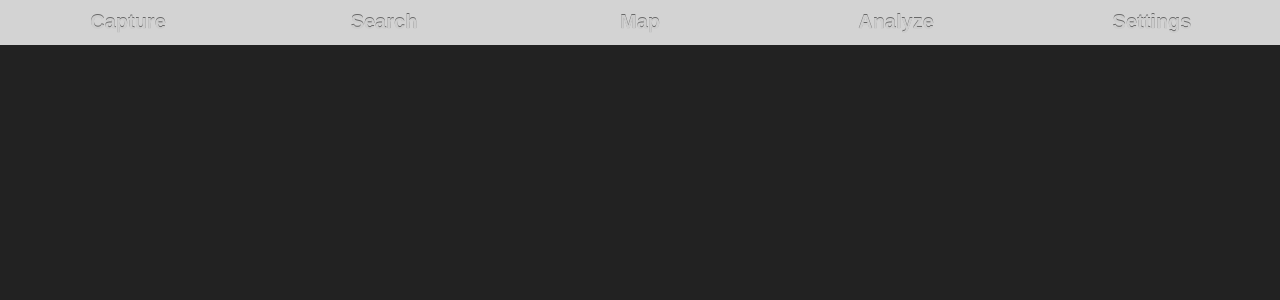
Repository: alightnin/WiFiGeolocator
Page: Final Project/WifiGeolocator/assets/www/index.html
An editor plug-in stored every save of this project. The page is shown before and after the next save, followed by the edit.
The browser window is 1280 px wide. The pictures show the whole page.

Above is the page before, as saved 2012-10-17 15:06:15.
Not found: Final Project/WifiGeolocator/assets/www/js/app.js

### Final Project/WifiGeolocator/assets/www/index.html
<!DOCTYPE HTML>
<html>
	<head>
		<meta name="viewport" content="width=device-width, initial-scale=1.0, user-scalable=0, minimum-scale=1.0, maximum-scale=1.0">
		<meta name="apple-mobile-web-app-capable" content="yes" />
		<link rel="stylesheet" href="css/geolocator.css">
		<script src="js/iscroll-lite.js"></script>
		<script src="js/jquery-1.8.2.min.js"></script>
		<script src="js/app.js"></script>
		<script>
		$('#tab-bar a').on('click', function(e){
		    e.preventDefault();
		    var nextPage = $(e.target.hash);
		    $("#pages .current").removeClass("current");
		    nextPage.addClass("current");
		});
		</script>
		<title>WiFi GeoLocator</title>
	</head>
	<body>
		<header>
			<ul id="tab-bar">
    			<li><a href="#capture">Capture</a></li>
    			<li><a href="#search">Search</a></li>
    			<li><a href="#map">Map</a></li>
    			<li><a href="#analyze">Analyze</a></li>
    			<li><a href="#settings">Settings</a></li>
			</ul>
		</header>
		<div id="wrapper">
			<div id="main-content">
				<div id="pages">
    				<div id="capture" class="current">
    				</div>
    				<div id="search">
    				</div>
    				<div id="map">
    				</div>
    				<div id="analyze">
    				</div>
    				<div id="settings">
    				</div>
				</div>
			</div>
		</div>
	</body>
</html>

### Final Project/WifiGeolocator/assets/www/css/geolocator.css
html, body{
 margin: 0;
 padding: 0;
 border: 0;
}
body {
 font-family:Arial,  sans-serif;
 line-height:1.5;
 font-size:16px;
 background: #fff;
 padding:5px;
 color: #000000;
 word-wrap: break-word;
 -webkit-text-size-adjust: none;
}
h1, h2, h3, h4, h5, h6{ font-weight: normal; }
p img { float: left; margin: 0 10px 5px 0; padding: 0; }
img { border: 0; max-width: 100%; }
body{
    background: #222;
}
header{
    top:0; left:0;
    height:45px;
}
footer {
    bottom:0; left:0;
    height:48px;
    background-color:#c27b00;
    border-top:1px solid #eee;
}
header, footer{
    background-color:#d3d3d3;
    padding:0;
    position:absolute;
    z-index:2;
    font-size:20px;
    width:100%;
    text-align:center;
    color:#000000;
    font-weight:bold;
    text-shadow:0 -1px 0 rgba(0,0,0,0.5);
    line-height:45px;
}
h1{
    margin:0;
    text-transform: uppercase;
}
#wrapper {
    position:absolute;
    z-index:1;
    top:45px; bottom:48px; left:0;
    width:100%;
    overflow:auto;
}
#main-content {
    position:absolute;
    z-index:1;
    width:100%;
    padding:0;
}
#tab-bar{
    margin:0;
    padding:0;
}
#tab-bar li {
    display: inline;
    float:left;
    width: 20%;
}
#tab-bar a {
    color: #cdcdcd;
    display: block;
    font-weight: bold;
    overflow: hidden;
    position: relative;
    text-align: center;
    text-decoration: none;
    -webkit-touch-callout:none;
}
#pages > div {
    display: none;
    position: absolute;
    top:0;left:0;
    width:100%;
}
#pages > div.current {
    display: block;
}
#pages{
    position:relative;
}
.in, .out {
    -webkit-animation-timing-function: ease-in-out;
    -webkit-animation-duration: 400ms;
}
@-webkit-keyframes fade-in {
    from { opacity: 0; } to { opacity: 1; }
}
.fade.in {
    -webkit-animation-name: fade-in;
    z-index: 5;
}
.fade.out {
    z-index: 0;
}

### Final Project/WifiGeolocator/assets/www/js/iscroll-lite.js
/*!
 * iScroll Lite base on iScroll v4.1.6 ~ Copyright (c) 2011 Matteo Spinelli, http://cubiq.org
 * Released under MIT license, http://cubiq.org/license
 */

(function(){
var m = Math,
	mround = function (r) { return r >> 0; },
	vendor = (/webkit/i).test(navigator.appVersion) ? 'webkit' :
		(/firefox/i).test(navigator.userAgent) ? 'Moz' :
		'opera' in window ? 'O' : '',

    // Browser capabilities
    isAndroid = (/android/gi).test(navigator.appVersion),
    isIDevice = (/iphone|ipad/gi).test(navigator.appVersion),
    isPlaybook = (/playbook/gi).test(navigator.appVersion),
    isTouchPad = (/hp-tablet/gi).test(navigator.appVersion),

    has3d = 'WebKitCSSMatrix' in window && 'm11' in new WebKitCSSMatrix(),
    hasTouch = 'ontouchstart' in window && !isTouchPad,
    hasTransform = vendor + 'Transform' in document.documentElement.style,
    hasTransitionEnd = isIDevice || isPlaybook,

	nextFrame = (function() {
	    return window.requestAnimationFrame
			|| window.webkitRequestAnimationFrame
			|| window.mozRequestAnimationFrame
			|| window.oRequestAnimationFrame
			|| window.msRequestAnimationFrame
			|| function(callback) { return setTimeout(callback, 17); }
	})(),
	cancelFrame = (function () {
	    return window.cancelRequestAnimationFrame
			|| window.webkitCancelAnimationFrame
			|| window.webkitCancelRequestAnimationFrame
			|| window.mozCancelRequestAnimationFrame
			|| window.oCancelRequestAnimationFrame
			|| window.msCancelRequestAnimationFrame
			|| clearTimeout
	})(),

	// Events
	RESIZE_EV = 'onorientationchange' in window ? 'orientationchange' : 'resize',
	START_EV = hasTouch ? 'touchstart' : 'mousedown',
	MOVE_EV = hasTouch ? 'touchmove' : 'mousemove',
	END_EV = hasTouch ? 'touchend' : 'mouseup',
	CANCEL_EV = hasTouch ? 'touchcancel' : 'mouseup',

	// Helpers
	trnOpen = 'translate' + (has3d ? '3d(' : '('),
	trnClose = has3d ? ',0)' : ')',

	// Constructor
	iScroll = function (el, options) {
		var that = this,
			doc = document,
			i;

		that.wrapper = typeof el == 'object' ? el : doc.getElementById(el);
		that.wrapper.style.overflow = 'hidden';
		that.scroller = that.wrapper.children[0];

		// Default options
		that.options = {
			hScroll: true,
			vScroll: true,
			x: 0,
			y: 0,
			bounce: true,
			bounceLock: false,
			momentum: true,
			lockDirection: true,
			useTransform: true,
			useTransition: false,

			// Events
			onRefresh: null,
			onBeforeScrollStart: function (e) { e.preventDefault(); },
			onScrollStart: null,
			onBeforeScrollMove: null,
			onScrollMove: null,
			onBeforeScrollEnd: null,
			onScrollEnd: null,
			onTouchEnd: null,
			onDestroy: null
		};

		// User defined options
		for (i in options) that.options[i] = options[i];

		// Set starting position
		that.x = that.options.x;
		that.y = that.options.y;

		// Normalize options
		that.options.useTransform = hasTransform ? that.options.useTransform : false;
		that.options.hScrollbar = that.options.hScroll && that.options.hScrollbar;
		that.options.vScrollbar = that.options.vScroll && that.options.vScrollbar;
		that.options.useTransition = hasTransitionEnd && that.options.useTransition;

		// Set some default styles
		that.scroller.style[vendor + 'TransitionProperty'] = that.options.useTransform ? '-' + vendor.toLowerCase() + '-transform' : 'top left';
		that.scroller.style[vendor + 'TransitionDuration'] = '0';
		that.scroller.style[vendor + 'TransformOrigin'] = '0 0';
		if (that.options.useTransition) that.scroller.style[vendor + 'TransitionTimingFunction'] = 'cubic-bezier(0.33,0.66,0.66,1)';

		if (that.options.useTransform) that.scroller.style[vendor + 'Transform'] = trnOpen + that.x + 'px,' + that.y + 'px' + trnClose;
		else that.scroller.style.cssText += ';position:absolute;top:' + that.y + 'px;left:' + that.x + 'px';

		that.refresh();

		that._bind(RESIZE_EV, window);
		that._bind(START_EV);
		if (!hasTouch) that._bind('mouseout', that.wrapper);
	};

// Prototype
iScroll.prototype = {
	enabled: true,
	x: 0,
	y: 0,
	steps: [],
	scale: 1,

	handleEvent: function (e) {
		var that = this;
		switch(e.type) {
			case START_EV:
				if (!hasTouch && e.button !== 0) return;
				that._start(e);
				break;
			case MOVE_EV: that._move(e); break;
			case END_EV:
			case CANCEL_EV: that._end(e); break;
			case RESIZE_EV: that._resize(); break;
			case 'mouseout': that._mouseout(e); break;
			case 'webkitTransitionEnd': that._transitionEnd(e); break;
		}
	},

	_resize: function () {
		this.refresh();
	},

	_pos: function (x, y) {
		x = this.hScroll ? x : 0;
		y = this.vScroll ? y : 0;

		if (this.options.useTransform) {
			this.scroller.style[vendor + 'Transform'] = trnOpen + x + 'px,' + y + 'px' + trnClose + ' scale(' + this.scale + ')';
		} else {
			x = mround(x);
			y = mround(y);
			this.scroller.style.left = x + 'px';
			this.scroller.style.top = y + 'px';
		}

		this.x = x;
		this.y = y;
	},

	_start: function (e) {
		var that = this,
			point = hasTouch ? e.touches[0] : e,
			matrix, x, y;

		if (!that.enabled) return;

		if (that.options.onBeforeScrollStart) that.options.onBeforeScrollStart.call(that, e);

		if (that.options.useTransition) that._transitionTime(0);

		that.moved = false;
		that.animating = false;
		that.zoomed = false;
		that.distX = 0;
		that.distY = 0;
		that.absDistX = 0;
		that.absDistY = 0;
		that.dirX = 0;
		that.dirY = 0;

		if (that.options.momentum) {
			if (that.options.useTransform) {
				// Very lame general purpose alternative to CSSMatrix
				matrix = getComputedStyle(that.scroller, null)[vendor + 'Transform'].replace(/[^0-9-.,]/g, '').split(',');
				x = matrix[4] * 1;
				y = matrix[5] * 1;
			} else {
				x = getComputedStyle(that.scroller, null).left.replace(/[^0-9-]/g, '') * 1;
				y = getComputedStyle(that.scroller, null).top.replace(/[^0-9-]/g, '') * 1;
			}

			if (x != that.x || y != that.y) {
				if (that.options.useTransition) that._unbind('webkitTransitionEnd');
				else cancelFrame(that.aniTime);
				that.steps = [];
				that._pos(x, y);
			}
		}

		that.startX = that.x;
		that.startY = that.y;
		that.pointX = point.pageX;
		that.pointY = point.pageY;

		that.startTime = e.timeStamp || Date.now();

		if (that.options.onScrollStart) that.options.onScrollStart.call(that, e);

		that._bind(MOVE_EV);
		that._bind(END_EV);
		that._bind(CANCEL_EV);
	},

	_move: function (e) {
		var that = this,
			point = hasTouch ? e.touches[0] : e,
			deltaX = point.pageX - that.pointX,
			deltaY = point.pageY - that.pointY,
			newX = that.x + deltaX,
			newY = that.y + deltaY,
			timestamp = e.timeStamp || Date.now();

		if (that.options.onBeforeScrollMove) that.options.onBeforeScrollMove.call(that, e);

		that.pointX = point.pageX;
		that.pointY = point.pageY;

		// Slow down if outside of the boundaries
		if (newX > 0 || newX < that.maxScrollX) {
			newX = that.options.bounce ? that.x + (deltaX / 2) : newX >= 0 || that.maxScrollX >= 0 ? 0 : that.maxScrollX;
		}
		if (newY > 0 || newY < that.maxScrollY) {
			newY = that.options.bounce ? that.y + (deltaY / 2) : newY >= 0 || that.maxScrollY >= 0 ? 0 : that.maxScrollY;
		}

		that.distX += deltaX;
		that.distY += deltaY;
		that.absDistX = m.abs(that.distX);
		that.absDistY = m.abs(that.distY);

		if (that.absDistX < 6 && that.absDistY < 6) {
			return;
		}

		// Lock direction
		if (that.options.lockDirection) {
			if (that.absDistX > that.absDistY + 5) {
				newY = that.y;
				deltaY = 0;
			} else if (that.absDistY > that.absDistX + 5) {
				newX = that.x;
				deltaX = 0;
			}
		}

		that.moved = true;
		that._pos(newX, newY);
		that.dirX = deltaX > 0 ? -1 : deltaX < 0 ? 1 : 0;
		that.dirY = deltaY > 0 ? -1 : deltaY < 0 ? 1 : 0;

		if (timestamp - that.startTime > 300) {
			that.startTime = timestamp;
			that.startX = that.x;
			that.startY = that.y;
		}

		if (that.options.onScrollMove) that.options.onScrollMove.call(that, e);
	},

	_end: function (e) {
		if (hasTouch && e.touches.length != 0) return;

		var that = this,
			point = hasTouch ? e.changedTouches[0] : e,
			target, ev,
			momentumX = { dist:0, time:0 },
			momentumY = { dist:0, time:0 },
			duration = (e.timeStamp || Date.now()) - that.startTime,
			newPosX = that.x,
			newPosY = that.y,
			newDuration;

		that._unbind(MOVE_EV);
		that._unbind(END_EV);
		that._unbind(CANCEL_EV);

		if (that.options.onBeforeScrollEnd) that.options.onBeforeScrollEnd.call(that, e);

		if (!that.moved) {
			if (hasTouch) {
				// Find the last touched element
				target = point.target;
				while (target.nodeType != 1) target = target.parentNode;

				if (target.tagName != 'SELECT' && target.tagName != 'INPUT' && target.tagName != 'TEXTAREA') {
					ev = document.createEvent('MouseEvents');
					ev.initMouseEvent('click', true, true, e.view, 1,
						point.screenX, point.screenY, point.clientX, point.clientY,
						e.ctrlKey, e.altKey, e.shiftKey, e.metaKey,
						0, null);
					ev._fake = true;
					target.dispatchEvent(ev);
				}
			}

			that._resetPos(200);

			if (that.options.onTouchEnd) that.options.onTouchEnd.call(that, e);
			return;
		}

		if (duration < 300 && that.options.momentum) {
			momentumX = newPosX ? that._momentum(newPosX - that.startX, duration, -that.x, that.scrollerW - that.wrapperW + that.x, that.options.bounce ? that.wrapperW : 0) : momentumX;
			momentumY = newPosY ? that._momentum(newPosY - that.startY, duration, -that.y, (that.maxScrollY < 0 ? that.scrollerH - that.wrapperH + that.y : 0), that.options.bounce ? that.wrapperH : 0) : momentumY;

			newPosX = that.x + momentumX.dist;
			newPosY = that.y + momentumY.dist;

 			if ((that.x > 0 && newPosX > 0) || (that.x < that.maxScrollX && newPosX < that.maxScrollX)) momentumX = { dist:0, time:0 };
 			if ((that.y > 0 && newPosY > 0) || (that.y < that.maxScrollY && newPosY < that.maxScrollY)) momentumY = { dist:0, time:0 };
		}

		if (momentumX.dist || momentumY.dist) {
			newDuration = m.max(m.max(momentumX.time, momentumY.time), 10);

			that.scrollTo(mround(newPosX), mround(newPosY), newDuration);

			if (that.options.onTouchEnd) that.options.onTouchEnd.call(that, e);
			return;
		}

		that._resetPos(200);
		if (that.options.onTouchEnd) that.options.onTouchEnd.call(that, e);
	},

	_resetPos: function (time) {
		var that = this,
			resetX = that.x >= 0 ? 0 : that.x < that.maxScrollX ? that.maxScrollX : that.x,
			resetY = that.y >= 0 || that.maxScrollY > 0 ? 0 : that.y < that.maxScrollY ? that.maxScrollY : that.y;

		if (resetX == that.x && resetY == that.y) {
			if (that.moved) {
				if (that.options.onScrollEnd) that.options.onScrollEnd.call(that);		// Execute custom code on scroll end
				that.moved = false;
			}

			return;
		}

		that.scrollTo(resetX, resetY, time || 0);
	},

	_mouseout: function (e) {
		var t = e.relatedTarget;

		if (!t) {
			this._end(e);
			return;
		}

		while (t = t.parentNode) if (t == this.wrapper) return;

		this._end(e);
	},

	_transitionEnd: function (e) {
		var that = this;

		if (e.target != that.scroller) return;

		that._unbind('webkitTransitionEnd');

		that._startAni();
	},

	/**
	 *
	 * Utilities
	 *
	 */
	_startAni: function () {
		var that = this,
			startX = that.x, startY = that.y,
			startTime = Date.now(),
			step, easeOut,
			animate;

		if (that.animating) return;

		if (!that.steps.length) {
			that._resetPos(400);
			return;
		}

		step = that.steps.shift();

		if (step.x == startX && step.y == startY) step.time = 0;

		that.animating = true;
		that.moved = true;

		if (that.options.useTransition) {
			that._transitionTime(step.time);
			that._pos(step.x, step.y);
			that.animating = false;
			if (step.time) that._bind('webkitTransitionEnd');
			else that._resetPos(0);
			return;
		}

		animate = function () {
			var now = Date.now(),
				newX, newY;

			if (now >= startTime + step.time) {
				that._pos(step.x, step.y);
				that.animating = false;
				if (that.options.onAnimationEnd) that.options.onAnimationEnd.call(that);			// Execute custom code on animation end
				that._startAni();
				return;
			}

			now = (now - startTime) / step.time - 1;
			easeOut = m.sqrt(1 - now * now);
			newX = (step.x - startX) * easeOut + startX;
			newY = (step.y - startY) * easeOut + startY;
			that._pos(newX, newY);
			if (that.animating) that.aniTime = nextFrame(animate);
		};

		animate();
	},

	_transitionTime: function (time) {
		this.scroller.style[vendor + 'TransitionDuration'] = time + 'ms';
	},

	_momentum: function (dist, time, maxDistUpper, maxDistLower, size) {
		var deceleration = 0.0006,
			speed = m.abs(dist) / time,
			newDist = (speed * speed) / (2 * deceleration),
			newTime = 0, outsideDist = 0;

		// Proportinally reduce speed if we are outside of the boundaries
		if (dist > 0 && newDist > maxDistUpper) {
			outsideDist = size / (6 / (newDist / speed * deceleration));
			maxDistUpper = maxDistUpper + outsideDist;
			speed = speed * maxDistUpper / newDist;
			newDist = maxDistUpper;
		} else if (dist < 0 && newDist > maxDistLower) {
			outsideDist = size / (6 / (newDist / speed * deceleration));
			maxDistLower = maxDistLower + outsideDist;
			speed = speed * maxDistLower / newDist;
			newDist = maxDistLower;
		}

		newDist = newDist * (dist < 0 ? -1 : 1);
		newTime = speed / deceleration;

		return { dist: newDist, time: mround(newTime) };
	},

	_offset: function (el) {
		var left = -el.offsetLeft,
			top = -el.offsetTop;

		while (el = el.offsetParent) {
			left -= el.offsetLeft;
			top -= el.offsetTop;
		}

		return { left: left, top: top };
	},

	_bind: function (type, el, bubble) {
		(el || this.scroller).addEventListener(type, this, !!bubble);
	},

	_unbind: function (type, el, bubble) {
		(el || this.scroller).removeEventListener(type, this, !!bubble);
	},


	/**
	 *
	 * Public methods
	 *
	 */
	destroy: function () {
		var that = this;

		that.scroller.style[vendor + 'Transform'] = '';

		// Remove the event listeners
		that._unbind(RESIZE_EV, window);
		that._unbind(START_EV);
		that._unbind(MOVE_EV);
		that._unbind(END_EV);
		that._unbind(CANCEL_EV);
		that._unbind('mouseout', that.wrapper);
		if (that.options.useTransition) that._unbind('webkitTransitionEnd');

		if (that.options.onDestroy) that.options.onDestroy.call(that);
	},

	refresh: function () {
		var that = this,
			offset;

		that.wrapperW = that.wrapper.clientWidth;
		that.wrapperH = that.wrapper.clientHeight;

		that.scrollerW = that.scroller.offsetWidth;
		that.scrollerH = that.scroller.offsetHeight;
		that.maxScrollX = that.wrapperW - that.scrollerW;
		that.maxScrollY = that.wrapperH - that.scrollerH;
		that.dirX = 0;
		that.dirY = 0;

		that.hScroll = that.options.hScroll && that.maxScrollX < 0;
		that.vScroll = that.options.vScroll && (!that.options.bounceLock && !that.hScroll || that.scrollerH > that.wrapperH);

		offset = that._offset(that.wrapper);
		that.wrapperOffsetLeft = -offset.left;
		that.wrapperOffsetTop = -offset.top;


		that.scroller.style[vendor + 'TransitionDuration'] = '0';

		that._resetPos(200);
	},

	scrollTo: function (x, y, time, relative) {
		var that = this,
			step = x,
			i, l;

		that.stop();

		if (!step.length) step = [{ x: x, y: y, time: time, relative: relative }];

		for (i=0, l=step.length; i<l; i++) {
			if (step[i].relative) { step[i].x = that.x - step[i].x; step[i].y = that.y - step[i].y; }
			that.steps.push({ x: step[i].x, y: step[i].y, time: step[i].time || 0 });
		}

		that._startAni();
	},

	scrollToElement: function (el, time) {
		var that = this, pos;
		el = el.nodeType ? el : that.scroller.querySelector(el);
		if (!el) return;

		pos = that._offset(el);
		pos.left += that.wrapperOffsetLeft;
		pos.top += that.wrapperOffsetTop;

		pos.left = pos.left > 0 ? 0 : pos.left < that.maxScrollX ? that.maxScrollX : pos.left;
		pos.top = pos.top > 0 ? 0 : pos.top < that.maxScrollY ? that.maxScrollY : pos.top;
		time = time === undefined ? m.max(m.abs(pos.left)*2, m.abs(pos.top)*2) : time;

		that.scrollTo(pos.left, pos.top, time);
	},

	disable: function () {
		this.stop();
		this._resetPos(0);
		this.enabled = false;

		// If disabled after touchstart we make sure that there are no left over events
		this._unbind(MOVE_EV);
		this._unbind(END_EV);
		this._unbind(CANCEL_EV);
	},

	enable: function () {
		this.enabled = true;
	},

	stop: function () {
		cancelFrame(this.aniTime);
		this.steps = [];
		this.moved = false;
		this.animating = false;
	}
};

if (typeof exports !== 'undefined') exports.iScroll = iScroll;
else window.iScroll = iScroll;

})();

Loaded but not shown: Final Project/WifiGeolocator/assets/www/js/jquery-1.8.2.min.js (library)

After the next save:
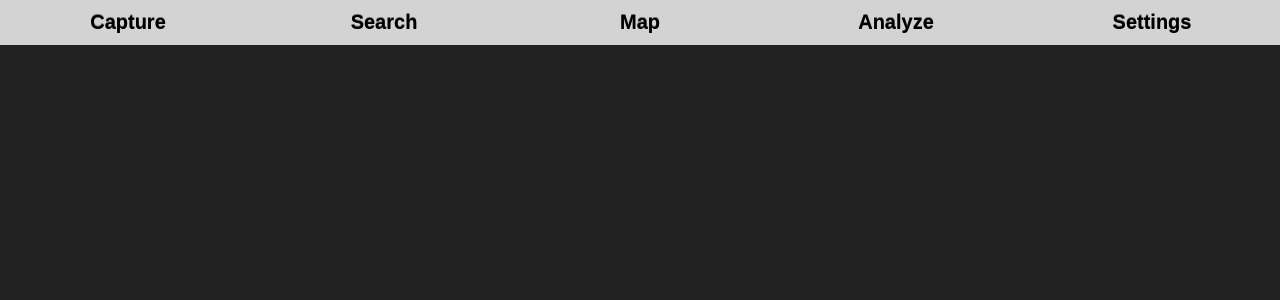
Saved 48 s later.
--- a/Final Project/WifiGeolocator/assets/www/css/geolocator.css
+++ b/Final Project/WifiGeolocator/assets/www/css/geolocator.css
@@ -69,7 +69,7 @@ h1{
     width: 20%;
 }
 #tab-bar a {
-    color: #cdcdcd;
+    color: #000000;
     display: block;
     font-weight: bold;
     overflow: hidden;
